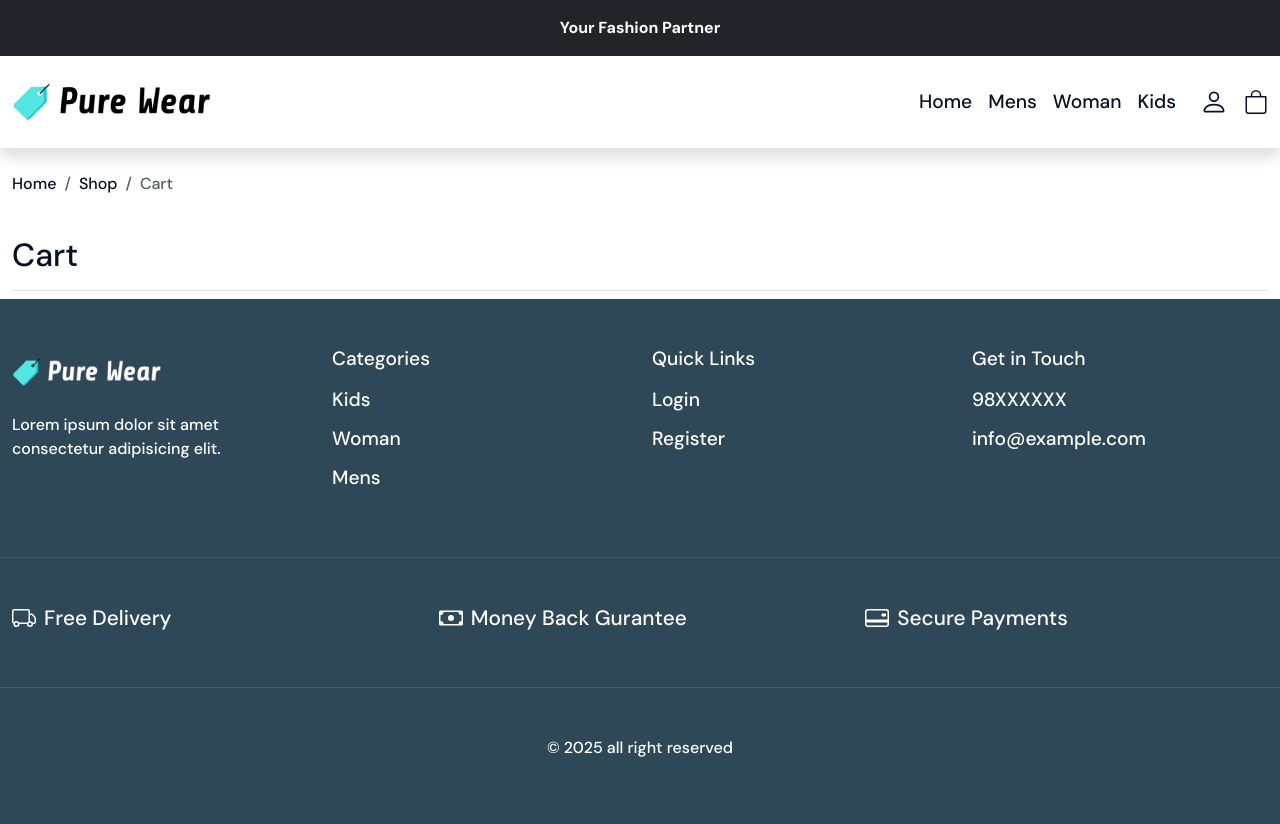
Repository: rajendratamang/react_ecommerce
Page: /cart
An editor plug-in stored every save of this project. The page is shown before and after a run of saves, followed by the edit.
The browser window is 1280 px wide. The pictures show the whole page.
The project was rebuilt for these pictures with package versions that can differ from the ones it lists, and the page was loaded fresh each time. Also part of the build but not shown: vite.config.js, src/components/common/LatestProduct.jsx, src/components/common/FeaturedProducts.jsx, src/components/Home.jsx, src/components/Shop.jsx, src/components/Product.jsx.

Above is the page before, as saved 2025-11-06 14:47:04.

### index.html
<!doctype html>
<html lang="en">
  <head>
    <meta charset="UTF-8" />
    <link rel="icon" type="image/svg+xml" href="/vite.svg" />
    <meta name="viewport" content="width=device-width, initial-scale=1.0" />
    <title>react-ecommerce-frontend</title>
  </head>
  <body>
    <div id="root"></div>
    <script type="module" src="/src/main.jsx"></script>
  </body>
</html>

### src/main.jsx
import { StrictMode } from 'react'
import { createRoot } from 'react-dom/client'
import App from './App.jsx'
//import react bootstrap
import 'bootstrap/dist/css/bootstrap.min.css';
// import fonts
import './assets/css/style.scss';

createRoot(document.getElementById('root')).render(
  <StrictMode>
    <App />
  </StrictMode>,
)

### src/App.jsx
import { BrowserRouter, Route, Routes } from 'react-router-dom';
import Home from './components/Home';
import Shop from './components/Shop';
import Product from './components/Product';
import Cart from './components/Cart';

function App() {
  return (
    <BrowserRouter>
      <Routes>
        <Route path="/" element={<Home />} />
        <Route path="/shop" element={<Shop />} />
        <Route path="/product" element={<Product />} />
        <Route path="/cart" element={<Cart />} />
      </Routes>
    </BrowserRouter>
  );
}

export default App;

### src/assets/css/style.scss
@import url('https://fonts.googleapis.com/css2?family=DM+Sans:ital,opsz,wght@0,9..40,100..1000;1,9..40,100..1000&display=swap');

$primary-font: "DM Sans", sans-serif;
$primary-white: #FFF;
$primary-color: #43c3D1;
$primary-black: #061123;
$secondary-color: #0284FF;
$tertiary-color: #2F4858;



body {
    font-family: $primary-font;
    font-size: 1em;
    color: $primary-black;
    font-weight: 500;
}

h1 {
    font-size: 2.5em;
}

h2 {
    font-size: 2em;
}

h3 {
    font-size: 1.3em;
}

h4 {
    font-size: 1em;
}

a {
    text-decoration: none;
    color: $primary-black;

    &::hover {
        color: $primary-color;
    }
}

.primary-text {
    color: $primary-color ;
}

.secondary-text {
    color: $secondary-color ;
}


ul {
    padding-left: 0;

    li {
        list-style: none;
    }
}

.container {
    max-width: 1440px;
}

.nav-tabs {
    .nav-link {
        color: $primary-black;
    }
}

.btn {
    &.btn-size {
        background-color: rgba($primary-black, 0.03);
        border-color: rgba($primary-black, 0.05);
        padding: 7px 15px;

        &.active {
            border-color: rgba($primary-black, 0.20);
            ;
        }

        &:hover {
            border-color: rgba($primary-black, 0.20);
            ;
            color: $primary-black;
        }
    }

    &.btn-primary {
        background-color: $primary-color;
        border-color: $primary-color;
        padding: 7px 25px;

        &:hover {
            background-color: $primary-black;
            border-color: $primary-black;
            color: $primary-white;
        }
    }

    &.btn-secondary {
        background-color: $primary-black;
        border-color: $primary-black;
        color: $primary-white;
        padding: 7px 25px;

        &:hover {
            background-color: $primary-color;
            border-color: $primary-color;
            color: $primary-white;
        }
    }
}

header {
    .navbar-expand-lg {
        .navbar-nav {
            .nav-link {
                padding: 10 px 15 px;
                font-size: 1.2em;
                font-weight: 500;
                color: $primary-black;
            }
        }
    }
}

footer {
    background-color: $tertiary-color;

    h2 {
        font-size: 1.2em;
    }

    ul {
        li {
            margin-top: 10px;

            a {
                font-size: 1.2em;
                color: $primary-white;
            }
        }
    }

    .spotlight {
        border-top: 1px solid rgba($primary-white, 0.10);
        border-bottom: 1px solid rgba($primary-white, 0.10);
    }

}

.section-1 {
    .swiper {
        .swiper-slide {
            height: 650px;

            .content {
                height: 100%;
                width: 100%;
                background-repeat: no-repeat;
                background-size: cover;
            }
        }
    }
}


.product {


    .card-img {
        overflow: hidden;
        border-radius: 10px;


        img {
            border-radius: 10px;
            transition: all 0.3s ease-out;
        }

    }

    &:hover {
        img {
            scale: 1.2;
        }
    }

    .card-body {
        padding: 0;

        a {
            font-size: 1.2 em;

            &:hover {
                color: $primary-color;
            }

        }

        .price {
            font-size: 1.2 em;

            span {
                color: rgba($primary-black, 0.5);
            }
        }
    }

    .product-detail {
        .mySwiper {
            .swiper-slide {
                height: auto !important;
            }
        }

        .price {
            font-weight: bold;

            span {
                color: rgba($primary-black, 0.50);
            }

        }
    }
}

### src/components/Cart.jsx
import React from 'react'
import Layout from './common/Layout'
import Home from './home'
import Shop from './shop'
import { Link } from 'react-router-dom'

const Cart = () => {
    return (
        <Layout>
            <div className="container">
                <div className="row">
                    <div className="col-md-12">
                        <nav aria-label="breadcrumb" className='py-4'>
                            <ol className="breadcrumb">
                                <li className="breadcrumb-item"><Link to="/home">Home</Link></li>
                                <li className="breadcrumb-item" ><Link to="/shop">Shop</Link></li>
                                <li className="breadcrumb-item active" aria-current="page">Cart</li>
                            </ol>
                        </nav>
                    </div>
                    <div className="col-md-12">
                        <h2 className='border-bottom pb-3'>Cart </h2>
                        <table>

                        </table>
                    </div>
                </div>
            </div>
        </Layout>

    )
}

export default Cart

### src/components/common/Layout.jsx
import React from 'react'
import Header from './Header'
import Footer from './Footer'

const Layout = ({ children }) => {
    return (
        <>
            <Header />
            {children}
            <Footer />

        </>
    )
}

export default Layout

### src/components/common/Header.jsx
import React from 'react'
import Nav from 'react-bootstrap/Nav';
import Navbar from 'react-bootstrap/Navbar';
import logo from '../../assets/images/logo.png'
import { Link } from 'react-router-dom';
const Header = () => {
    return (
        <header className='shadow'>
            <div className="bg-dark text-center py-3">
                <span className='text-white fw-bold'>
                    Your Fashion Partner
                </span>
            </div>
            {/* navbar */}
            <div className="container">
                <Navbar expand="lg" className="" width={170}>
                    <Navbar.Brand href="/">
                        {/* logo */}
                        <img src={logo} alt="" />
                    </Navbar.Brand>
                    <Navbar.Toggle aria-controls="navbarScroll" />
                    <Navbar.Collapse id="navbarScroll">
                        <Nav
                            className="ms-auto my-2 my-lg-0"
                            navbarScroll
                        >
                            <Nav.Link href="#action1">Home</Nav.Link>
                            <Nav.Link href="#action2">Mens</Nav.Link>
                            <Nav.Link href="#action2">Woman</Nav.Link>
                            <Nav.Link href="#action2">Kids</Nav.Link>
                        </Nav>
                        <div className="nav-right d-flex">
                            <a href="" className='ms-3'>
                                <svg xmlns="http://www.w3.org/2000/svg" width="28" height="28" fill="currentColor" className="bi bi-person" viewBox="0 0 16 16"><path d="M8 8a3 3 0 1 0 0-6 3 3 0 0 0 0 6m2-3a2 2 0 1 1-4 0 2 2 0 0 1 4 0m4 8c0 1-1 1-1 1H3s-1 0-1-1 1-4 6-4 6 3 6 4m-1-.004c-.001-.246-.154-.986-.832-1.664C11.516 10.68 10.289 10 8 10s-3.516.68-4.168 1.332c-.678.678-.83 1.418-.832 1.664z"></path></svg>
                            </a>
                            <Link to="/cart" className='ms-3'>
                                <svg xmlns="http://www.w3.org/2000/svg" width="24" height="28" fill="currentColor" className="bi bi-bag" viewBox="0 0 16 16"><path d="M8 1a2.5 2.5 0 0 1 2.5 2.5V4h-5v-.5A2.5 2.5 0 0 1 8 1m3.5 3v-.5a3.5 3.5 0 1 0-7 0V4H1v10a2 2 0 0 0 2 2h10a2 2 0 0 0 2-2V4zM2 5h12v9a1 1 0 0 1-1 1H3a1 1 0 0 1-1-1z"></path></svg>
                            </Link>
                        </div>
                        {/* <Form className="d-flex">
                <Form.Control
                  type="search"
                  placeholder="Search"
                  className="me-2"
                  aria-label="Search"
                />
                <Button variant="outline-success">Search</Button>
              </Form> */}
                    </Navbar.Collapse>
                </Navbar>
            </div>

        </header>

    )
}

export default Header

### src/components/common/Footer.jsx
import React from 'react'
import logoBlack from '../../assets/images/logo-white.png'
const Footer = () => {
    return (
        <footer className='py-5 text-white'>
            <div className="container">
                <div className="row mb-5">
                    <div className="col-md-3">
                        <img src={logoBlack} alt="" width={150} />
                        <div className='pt-3 pe-5'>Lorem ipsum dolor sit amet consectetur adipisicing elit.</div>
                    </div>
                    <div className="col-md-3">
                        <h2 className='mb-3'>Categories</h2>
                        <ul>
                            <li><a href="">Kids</a></li>
                            <li><a href="">Woman</a></li>
                            <li><a href="">Mens</a></li>
                        </ul>
                    </div>
                    <div className="col-md-3">
                        <h2 className='mb-3'>Quick Links</h2>
                        <ul>
                            <li><a href="">Login</a></li>
                            <li><a href="">Register</a></li>
                        </ul>
                    </div>
                    <div className="col-md-3">
                        <h2 className='mb-3'>Get in Touch</h2>
                        <ul>
                            <li><a href="">98XXXXXX</a></li>
                            <li><a href="">info@example.com</a></li>
                        </ul>
                    </div>
                </div>


                <div className="row spotlight py-5">
                    <div className="col-md-4">
                        <div className="d-flex ustify-content-center">
                            <svg xmlns="http://www.w3.org/2000/svg" width="24" height="24" fill="currentColor" class="bi bi-truck" viewBox="0 0 16 16"><path d="M0 3.5A1.5 1.5 0 0 1 1.5 2h9A1.5 1.5 0 0 1 12 3.5V5h1.02a1.5 1.5 0 0 1 1.17.563l1.481 1.85a1.5 1.5 0 0 1 .329.938V10.5a1.5 1.5 0 0 1-1.5 1.5H14a2 2 0 1 1-4 0H5a2 2 0 1 1-3.998-.085A1.5 1.5 0 0 1 0 10.5zm1.294 7.456A2 2 0 0 1 4.732 11h5.536a2 2 0 0 1 .732-.732V3.5a.5.5 0 0 0-.5-.5h-9a.5.5 0 0 0-.5.5v7a.5.5 0 0 0 .294.456M12 10a2 2 0 0 1 1.732 1h.768a.5.5 0 0 0 .5-.5V8.35a.5.5 0 0 0-.11-.312l-1.48-1.85A.5.5 0 0 0 13.02 6H12zm-9 1a1 1 0 1 0 0 2 1 1 0 0 0 0-2m9 0a1 1 0 1 0 0 2 1 1 0 0 0 0-2"></path></svg>

                            <h3 className='ps-2'>Free Delivery</h3>
                        </div>
                    </div>
                    <div className="col-md-4">
                        <div className="d-flex ustify-content-center">
                            <svg xmlns="http://www.w3.org/2000/svg" width="24" height="24" fill="currentColor" class="bi bi-cash" viewBox="0 0 16 16"><path d="M8 10a2 2 0 1 0 0-4 2 2 0 0 0 0 4"></path><path d="M0 4a1 1 0 0 1 1-1h14a1 1 0 0 1 1 1v8a1 1 0 0 1-1 1H1a1 1 0 0 1-1-1zm3 0a2 2 0 0 1-2 2v4a2 2 0 0 1 2 2h10a2 2 0 0 1 2-2V6a2 2 0 0 1-2-2z"></path></svg>

                            <h3 className='ps-2'>Money Back Gurantee</h3>
                        </div>
                    </div>
                    <div className="col-md-4">
                        <div className="d-flex ustify-content-center">
                            <svg xmlns="http://www.w3.org/2000/svg" width="24" height="24" fill="currentColor" class="bi bi-credit-card-2-back" viewBox="0 0 16 16"><path d="M11 5.5a.5.5 0 0 1 .5-.5h2a.5.5 0 0 1 .5.5v1a.5.5 0 0 1-.5.5h-2a.5.5 0 0 1-.5-.5z"></path><path d="M2 2a2 2 0 0 0-2 2v8a2 2 0 0 0 2 2h12a2 2 0 0 0 2-2V4a2 2 0 0 0-2-2zm13 2v5H1V4a1 1 0 0 1 1-1h12a1 1 0 0 1 1 1m-1 9H2a1 1 0 0 1-1-1v-1h14v1a1 1 0 0 1-1 1"></path></svg>

                            <h3 className='ps-2'>Secure Payments</h3>
                        </div>
                    </div>
                </div>

                <div className="row">
                    <div className="col-md-12 text-center pt-5">
                        <p>&copy; 2025 all right reserved</p>
                    </div>
                </div>
            </div>
        </footer>
    )
}

export default Footer

After the next 2 saves:
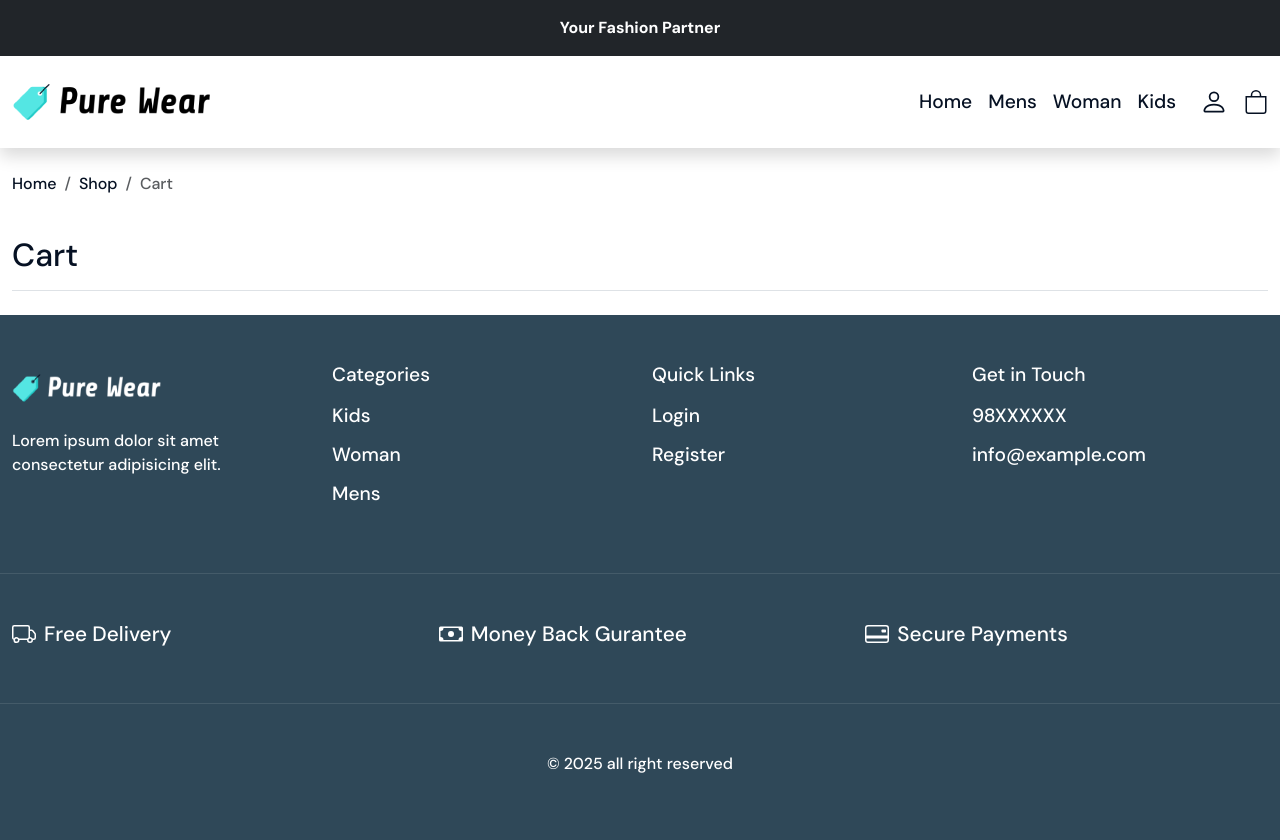
The 2 saves are shown as one change because they came seconds apart.
The last was saved 16 s later.
--- a/src/components/Cart.jsx
+++ b/src/components/Cart.jsx
@@ -20,7 +20,7 @@ const Cart = () => {
                     </div>
                     <div className="col-md-12">
                         <h2 className='border-bottom pb-3'>Cart </h2>
-                        <table>
+                        <table className='table'>
 
                         </table>
                     </div>
